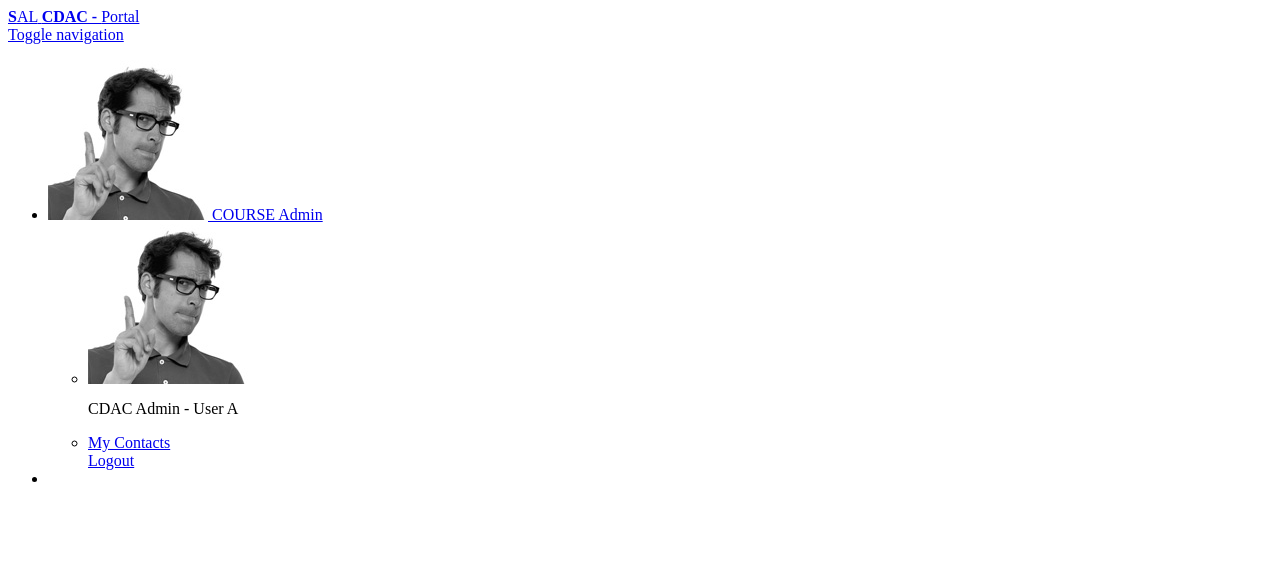
Repository: team-alpha-cdac/cdac-project-280719
Page: http://localhost/course/admin/fragments/header
An editor plug-in stored every save of this project. The page is shown before and after the next save, followed by the edit.
The browser window is 1280 px wide. The pictures show the whole page.
The page is this project's Thymeleaf template; nobody is signed in. The template is opened directly, without the code that normally fills it, so the values that code supplies are empty.

Above is the page before, as saved 2019-07-29 09:35:31.

After the next save:
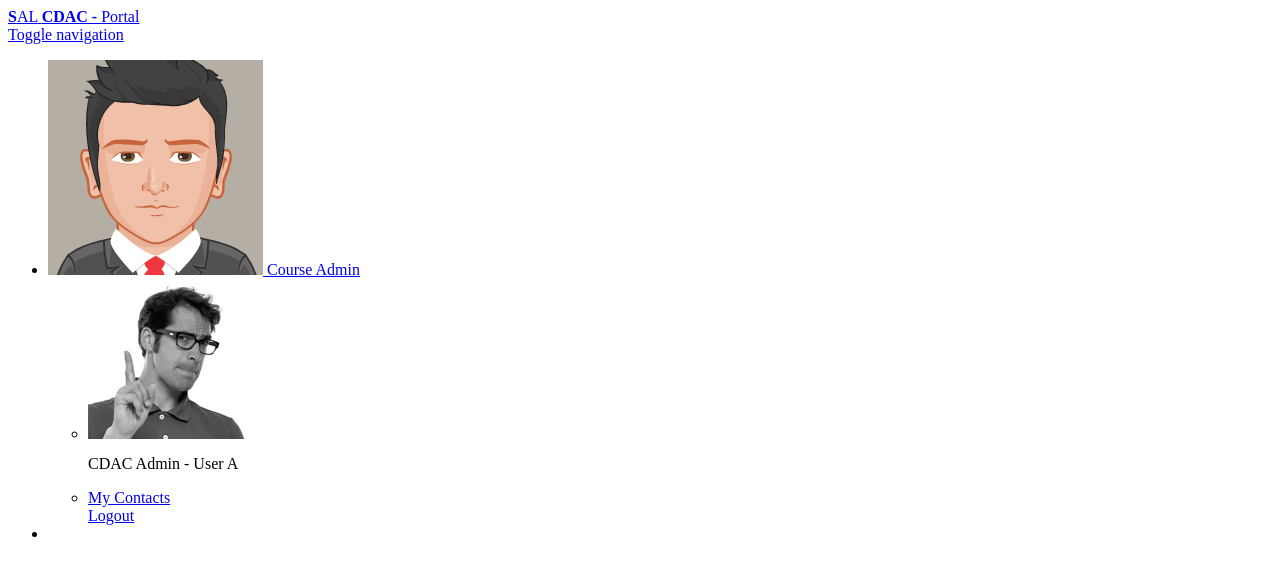
Saved 30 s later.
--- a/cdac-project/src/main/resources/templates/course/admin/fragments/header.html
+++ b/cdac-project/src/main/resources/templates/course/admin/fragments/header.html
@@ -17,8 +17,8 @@
             <!-- User Account: style can be found in dropdown.less -->
             <li class="dropdown user user-menu">
                 <a href="#" class="dropdown-toggle" data-toggle="dropdown">
-                    <img src="dist/img/user2-160x160.jpg" class="user-image" alt="User Image" />
-                    <span class="hidden-xs">COURSE Admin</span>
+                    <img src="dist/img/avatar5.png" class="user-image" alt="User Image" />
+                    <span class="hidden-xs">Course Admin</span>
                 </a>
                 <ul class="dropdown-menu">
                     <!-- User image -->
